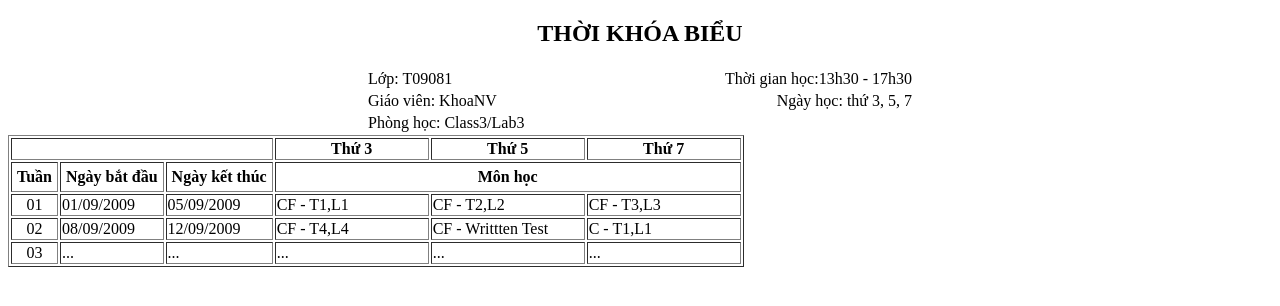
Repository: Lehuyhuynh/BT1-HTML
Page: index.html
These files come from the project's save history. The page is drawn as it stood at one moment and after the next save; the edit follows.
The browser window is 1280 px wide. The pictures show the whole page.

Above is the page before, as saved 2023-08-06 22:14:57.

### index.html
<!DOCTYPE html>
<html lang="en">
<head>
  <meta charset="UTF-8">
  <meta name="viewport" content="width=device-width, initial-scale=1.0">
  <title>THỜI KHÓA BIỂU</title>

  <style>

    h2{
      text-align: center;
    }
    #table1{
      width: 550px;
    margin-left: auto;
    margin-right: auto;
    }
    /* #table2{
      width: 700px;
    display: block;
    margin-left: auto;
    margin-right: auto;
    } */
    /* tr,th,td{
      height: 20px;
    } */
    #rank{
      width: 150px;
    }
    #week{
      padding: 5px 5px;
    }
    #extended-time{
      padding: 5px 5px;
    }
    #number{
      text-align: center;
    }
    td{
      padding-left: ;
    }

  </style>

</head>
<body>

  <div >

    <div>
      <h2> THỜI KHÓA BIỂU</h2>
    </div>

    <div>
      <table id="table1">
          <tr>
              <td align="left">Lớp: T09081</td>
              <td align="right">Thời gian học:13h30 - 17h30</td>
          </tr>
          <tr>
              <td align="left">Giáo viên: KhoaNV</td>
              <td align="right">Ngày học: thứ 3, 5, 7 </td>
          </tr>
          <tr>
              <td align="left">Phòng học: Class3/Lab3</td>
          </tr>
      </table>
  </div>

    <div id="table2">
      <table border="1">
        <thead>

          <tr>
            <th colspan="3"></th>
            <th id="rank" >Thứ 3</th>
            <th id="rank">Thứ 5</th>
            <th id="rank">Thứ 7</th>
          </tr>

          <tr>
            <th id="week">Tuần</th>
            <th id="extended-time">Ngày bắt đầu</th>
            <th id="extended-time">Ngày kết thúc</th>
            <th colspan="3">Môn học</th>
          </tr>

        </thead>

        <tr>
          <td id="number">01</td>
          <td>01/09/2009</td>
          <td>05/09/2009</td>
          <td>CF - T1,L1</td>
          <td>CF - T2,L2</td>
          <td>CF - T3,L3</td>
        </tr>

        <tr>
          <td id="number">02</td>
          <td>08/09/2009</td>
          <td>12/09/2009</td>
          <td>CF - T4,L4</td>
          <td>CF - Writtten Test</td>
          <td>C - T1,L1</td>
        </tr>

        <tr>
          <td id="number">03</td>
          <td>...</td>
          <td>...</td>
          <td>...</td>
          <td>...</td>
          <td>...</td>
        </tr>

      </table>
    </div>


  </div>

</body>
</html>

After the next save:
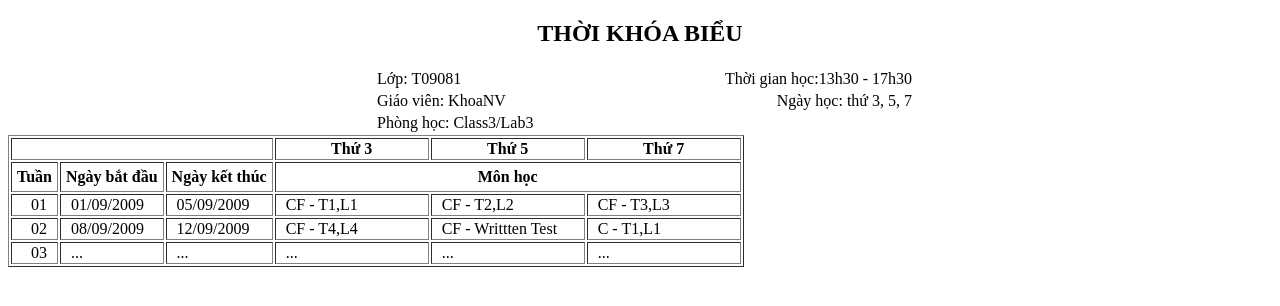
Saved 4 s later.
--- a/index.html
+++ b/index.html
@@ -37,7 +37,7 @@
       text-align: center;
     }
     td{
-      padding-left: ;
+      padding-left: 10px;
     }
 
   </style>
